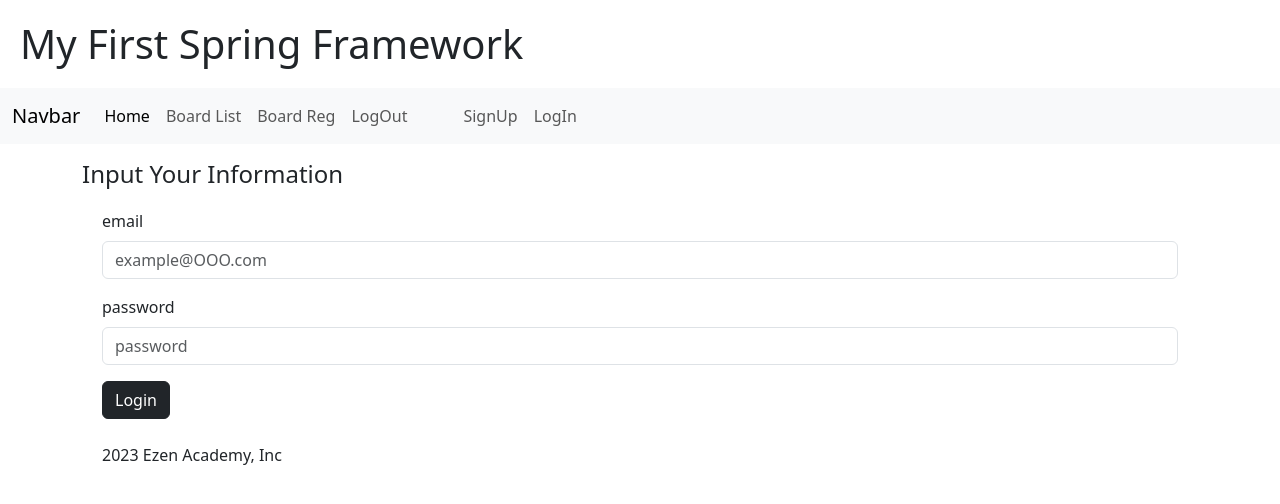
Repository: dhalfks/240115SpringProject
Page: http://localhost/spring_test2/WEB-INF/views/member/login.jsp
The author's editor kept a copy of each file at every save. The page is drawn from the files as they stood at one save, then again after the next save.
The browser window is 1280 px wide. The pictures show the whole page.
The page is served by Tomcat 9. Nobody is signed in. Other server files are loaded and not shown. The template is opened directly, without the code that normally fills it, so the values that code supplies are empty.

Above is the page before, as saved 2024-01-15 04:18:52.

### spring_test2/src/main/webapp/WEB-INF/views/member/login.jsp
<%@ page language="java" contentType="text/html; charset=UTF-8"
    pageEncoding="UTF-8"%>
<%@ taglib prefix="c" uri="http://java.sun.com/jsp/jstl/core" %>

<jsp:include page="../layout/header.jsp" />
<jsp:include page="../layout/nav.jsp" />
<div class="container my-3">
<h4 class="mb-3">Input Your Information</h4>
	<form action="/member/login" method="post">
	<div class="mb-3">
	  <label for="e" class="form-label">email</label>
	  <input type="email" class="form-control" name="email" id="e" placeholder="example@OOO.com">
	</div>
	<div class="mb-3">
	  <label for="p" class="form-label">password</label>
	  <input type="password" class="form-control" name="pwd" id="p" placeholder="password">
	</div>

	<c:if test="${not empty param.errMsg }">
	<div class="mb-3 text-danger">
		<c:choose>
			<c:when test="${param.errMsg eq 'Bad credentials' }">
				<c:set value="이메일 & 비밀번호가 일치하지 않습니다." var="errText" ></c:set>
			</c:when>
			<c:otherwise>
				<c:set value="관리자에게 문의해주세요." var="errText" ></c:set>
			</c:otherwise>
		</c:choose>
		${errText }
	</div>
</c:if>

	<button type="submit" class="btn btn-dark">Login</button>
</form>



</div>

<jsp:include page="../layout/footer.jsp" />

### spring_test2/src/main/webapp/WEB-INF/views/layout/header.jsp
<%@ page language="java" contentType="text/html; charset=UTF-8"
    pageEncoding="UTF-8"%>
    <%@ taglib uri="http://java.sun.com/jsp/jstl/core" prefix="c"%>
<!DOCTYPE html>
<html>
<head>
<meta charset="UTF-8">
<title>Insert title here</title>
<link href="https://cdn.jsdelivr.net/npm/bootstrap@5.3.1/dist/css/bootstrap.min.css" rel="stylesheet" integrity="sha384-4bw+/aepP/YC94hEpVNVgiZdgIC5+VKNBQNGCHeKRQN+PtmoHDEXuppvnDJzQIu9" crossorigin="anonymous">
<script src="https://cdn.jsdelivr.net/npm/bootstrap@5.3.1/dist/js/bootstrap.bundle.min.js" integrity="sha384-HwwvtgBNo3bZJJLYd8oVXjrBZt8cqVSpeBNS5n7C8IVInixGAoxmnlMuBnhbgrkm" crossorigin="anonymous"></script>
<style type="text/css">
h1, p, h3, form{
margin: 20px;
}
</style>
</head>

<body>
<h1>My First Spring Framework</h1>

### spring_test2/src/main/webapp/WEB-INF/views/layout/nav.jsp
<%@ page language="java" contentType="text/html; charset=UTF-8"
    pageEncoding="UTF-8"%>
<%@ taglib uri="http://java.sun.com/jsp/jstl/core" prefix="c"%>
<%@ taglib uri="http://www.springframework.org/security/tags" prefix="sec"%>
<header>
	<nav class="navbar navbar-expand-lg bg-body-tertiary">
  <div class="container-fluid">
    <a class="navbar-brand" href="/">Navbar</a>
    <button class="navbar-toggler" type="button" data-bs-toggle="collapse" data-bs-target="#navbarSupportedContent" aria-controls="navbarSupportedContent" aria-expanded="false" aria-label="Toggle navigation">
      <span class="navbar-toggler-icon"></span>
    </button>
    <div class="collapse navbar-collapse" id="navbarSupportedContent">
      <ul class="navbar-nav me-auto mb-2 mb-lg-0">
        <li class="nav-item">
          <a class="nav-link active" aria-current="page" href="/">Home</a>
        </li>
        <li class="nav-item">
          <a class="nav-link" href="/board/list">Board List</a>
        </li>

		<li class="nav-item">
		    <a class="nav-link" href="/board/register">Board Reg</a>
		</li>

        <li class="nav-item">
	        <a class="nav-link" href="" id="logoutLink">LogOut</a>
        </li>
        <form action="/member/logout" method="post" id="logoutForm">
        	<!-- 인증된(로그인한 계정의) 이메일 -->
        	<input type="hidden" name="email" value="">
        </form>
        <li class="nav-item">
          <a class="nav-link" href="/member/register">SignUp</a>
        </li>
        <li class="nav-item">
          <a class="nav-link" href="/member/login">LogIn</a>
        </li>

      </ul>

    </div>
  </div>
</nav>
</header>

### spring_test2/src/main/webapp/WEB-INF/views/layout/footer.jsp
<%@ page language="java" contentType="text/html; charset=UTF-8"
    pageEncoding="UTF-8"%>
    <%@ taglib uri="http://java.sun.com/jsp/jstl/core" prefix="c"%>

<div class="container my-4">
	<p>2023 Ezen Academy, Inc</p>
</div>
</body>
</html>

After the next save:
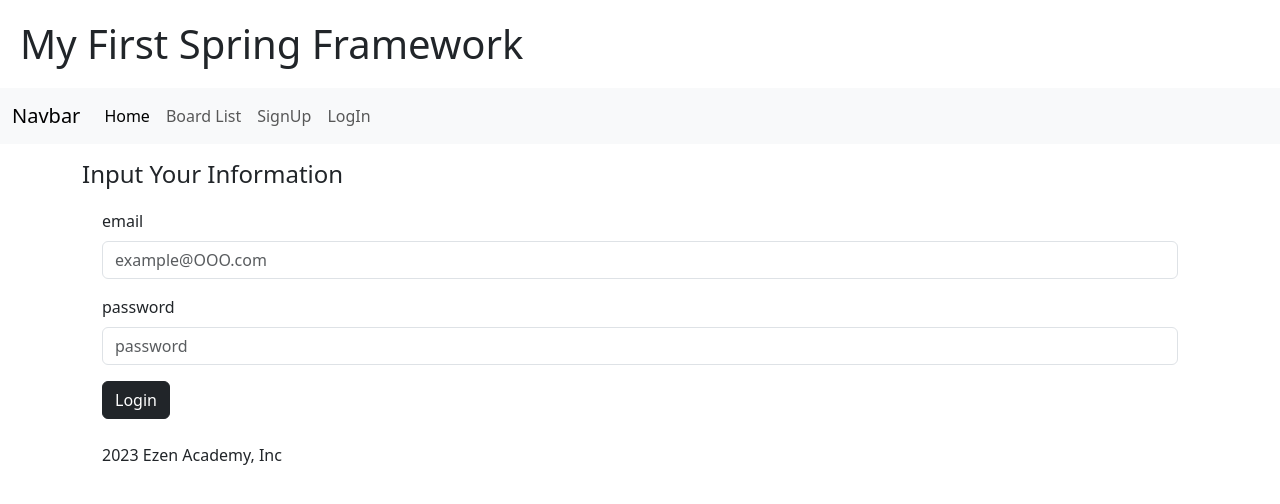
Saved 3 min 1 s later.
--- a/spring_test2/src/main/webapp/WEB-INF/views/layout/nav.jsp
+++ b/spring_test2/src/main/webapp/WEB-INF/views/layout/nav.jsp
@@ -18,6 +18,9 @@
           <a class="nav-link" href="/board/list">Board List</a>
         </li>
 
+        <!-- 현재 인증한 사용자의 정보를 가져와서 해당 권한이 있는지 확인  -->
+        <!-- 현재 사용자의 정보는 principal -->
+        <sec:authorize>
 		<li class="nav-item">
 		    <a class="nav-link" href="/board/register">Board Reg</a>
 		</li>
@@ -29,6 +32,9 @@
         	<!-- 인증된(로그인한 계정의) 이메일 -->
         	<input type="hidden" name="email" value="">
         </form>
+
+        </sec:authorize>
+
         <li class="nav-item">
           <a class="nav-link" href="/member/register">SignUp</a>
         </li>
